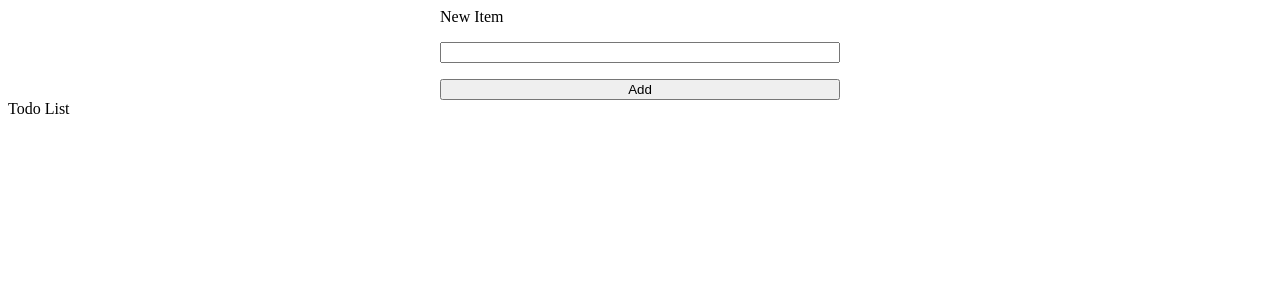
Repository: emmanuel2011-program/react-to-do-list
Page: /
These files come from the project's save history. The page is drawn as it stood at one moment and after a run of saves; the edit follows.
The browser window is 1280 px wide. The pictures show the whole page.
The project was rebuilt for these pictures with package versions that can differ from the ones it lists, and the page was loaded fresh each time. Also part of the build but not shown: vite.config.js.

Above is the page before, as saved 2025-11-02 03:05:14.

### index.html
<!doctype html>
<html lang="en">
  <head>
    <meta charset="UTF-8" />
    <link rel="icon" type="image/svg+xml" href="/vite.svg" />
    <meta name="viewport" content="width=device-width, initial-scale=1.0" />
    <title>react-to-do-list</title>
  </head>
  <body>
    <div id="root"></div>
    <script type="module" src="/src/main.jsx"></script>
  </body>
</html>

### src/App.jsx
import "./styles.css"

export default function App() {
  return (
    <>
  <form className="new-item-form">

      <label htmlFor="item">New Item</label>
      <input type="text" id="item" />
    <button className="btn">Add</button>
  </form>
  <hi className="header">Todo List</hi>
  </>
)
}

### src/styles.css
/* Align the label above the input */
.new-item-form {
  display: flex;
  flex-direction: column;
  gap: 1rem; /* space between rows if you add more later */
  max-width: 400px;
  margin: 0 auto;
}

.form-row {
  display: flex;
  flex-direction: column; /* 👈 stacks label above input */
}

.form-row label {
  margin-bottom: 6px;
  font-weight: 600;
  font-size: 0.95rem;
  color: var(--muted);
}

.form-row input {
  padding: 10px 12px;
  font-size: 1rem;
  border-radius: 8px;
  border: 1px solid #334155;
  background-color: #ecedf0;
  color: var(--text);
  outline: none;
  transition: border 0.2s ease, box-shadow 0.2s ease;
}

.form-row input:focus {
  border-color: var(--accent);
  box-shadow: 0 0 6px rgba(125, 211, 252, 0.4);
}
.header {

}

Loaded but not shown: src/main.jsx (common file)

After the next 2 saves:
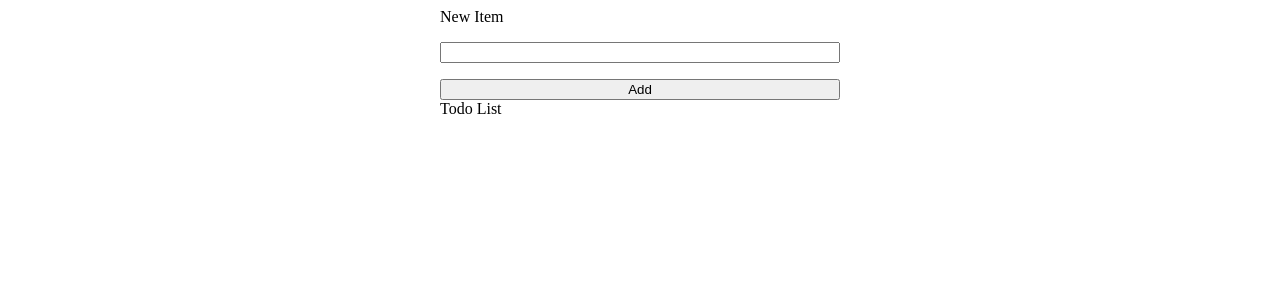
The 2 saves are shown as one change because they came seconds apart.
The last was saved 19 s later.
--- a/src/styles.css
+++ b/src/styles.css
@@ -35,5 +35,10 @@
   box-shadow: 0 0 6px rgba(125, 211, 252, 0.4);
 }
 .header {
+    display: flex;
+  flex-direction: column;
+  gap: 1rem; /* space between rows if you add more later */
+  max-width: 400px;
+  margin: 0 auto;
 
 }
